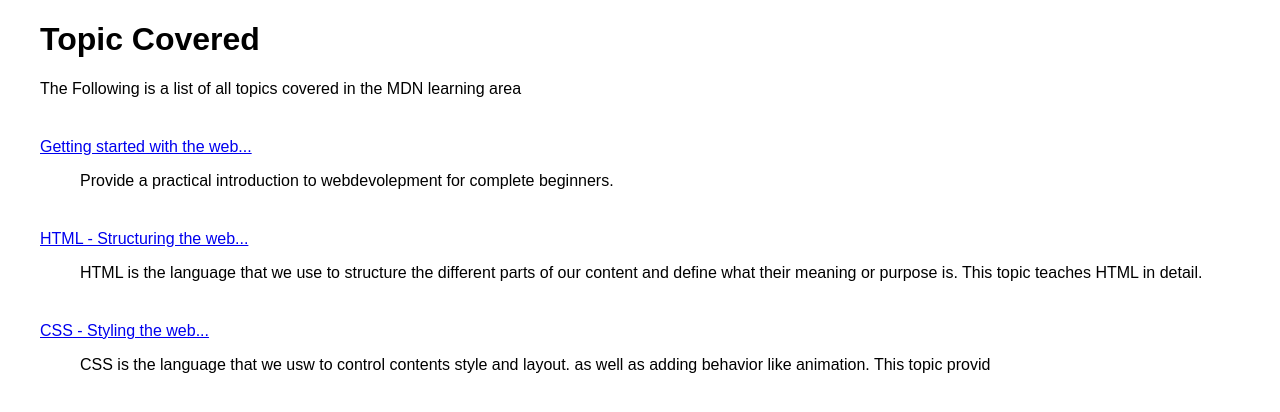
Repository: sriram1224/ReactProjects.github.io
Page: Assignments/Assignment1/index.html
These files come from the project's save history. The page is drawn as it stood at one moment and after the next save; the edit follows.
The browser window is 1280 px wide. The pictures show the whole page.

Above is the page before, as saved 2024-03-01 10:13:29.

### Assignments/Assignment1/index.html
<!DOCTYPE html>
<html>
<head>
  <script src="https://unpkg.com/react@18/umd/react.development.js"></script>
  <script src="https://unpkg.com/react-dom@18/umd/react-dom.development.js"></script>
  <style>
    body{
      margin-left: 40px;
      font-family: Arial, sans-serif;

    }
    #para{
      margin-bottom: 40px;
      list-style: none;
    }


  </style>
</head>

<body>

  <div id="root"></div>

  <script>

    const TopicHeader = () =>
    React.createElement(
      'div',
      null,
      [
      React.createElement(
        'h1',
        {id: 'title'},
        'Topic Covered'
      ),
      React.createElement(
      'p',
      {id: 'para'},
      'The Following is a list of all topics covered in the MDN learning area'),

      ]);

    const TopicDescription = () => React.createElement(
      'div',
      null,
      [
      React.createElement('div', {id: 'div'},[
      React.createElement('a', {href: 'http://example.com'}, 'Getting started with the web...'),
      React.createElement('ul', {}, [
        React.createElement('li', {id: 'para'}, 'Provide a practical introduction to webdevolepment for complete beginners.'),

      ]),
      React.createElement('a', {href: 'http://example.com'}, 'HTML - Structuring the web...'),
      React.createElement('ul', {}, [
        React.createElement('li', {id: 'para'}, 'HTML is the language that we use to structure the different parts of our content and define what their meaning or purpose is. This topic teaches HTML in detail.'),

      ]),
      React.createElement('a', {href: 'http://example.com'}, 'CSS - Styling the web...'),
      React.createElement('ul', {}, [
        React.createElement('li', {id: 'para'}, 'CSS is the language that we usw to control contents style and layout. as well as adding behavior like animation. This topic provid'),

      ]),
      ]),
      React.createElement('p', {}, ''),]);

    const TopicList = () => React.createElement(
      'div',
      null,
      [




      ]
    );

    ReactDOM.render(
      React.createElement(
        'div',
        null,
        [
          React.createElement(TopicHeader),
          React.createElement(TopicDescription),
          React.createElement(TopicList)
        ]
      ),
      document.getElementById('root')
    );

  </script>

</body>
</html>

After the next save:
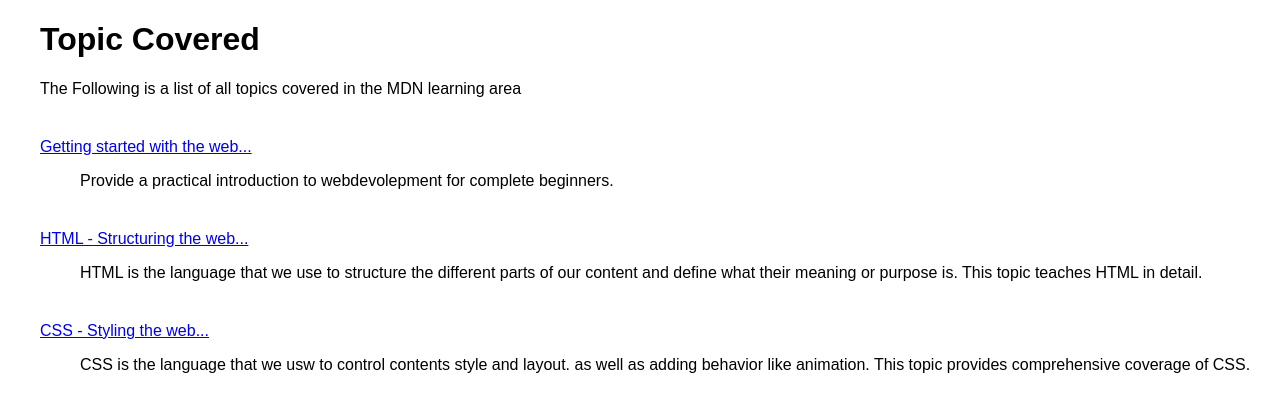
Saved 28 s later.
--- a/Assignments/Assignment1/index.html
+++ b/Assignments/Assignment1/index.html
@@ -58,7 +58,7 @@
       ]),
       React.createElement('a', {href: 'http://example.com'}, 'CSS - Styling the web...'),
       React.createElement('ul', {}, [
-        React.createElement('li', {id: 'para'}, 'CSS is the language that we usw to control contents style and layout. as well as adding behavior like animation. This topic provid'),
+        React.createElement('li', {id: 'para'}, 'CSS is the language that we usw to control contents style and layout. as well as adding behavior like animation. This topic provides comprehensive coverage of CSS.'),
 
       ]),
       ]),
